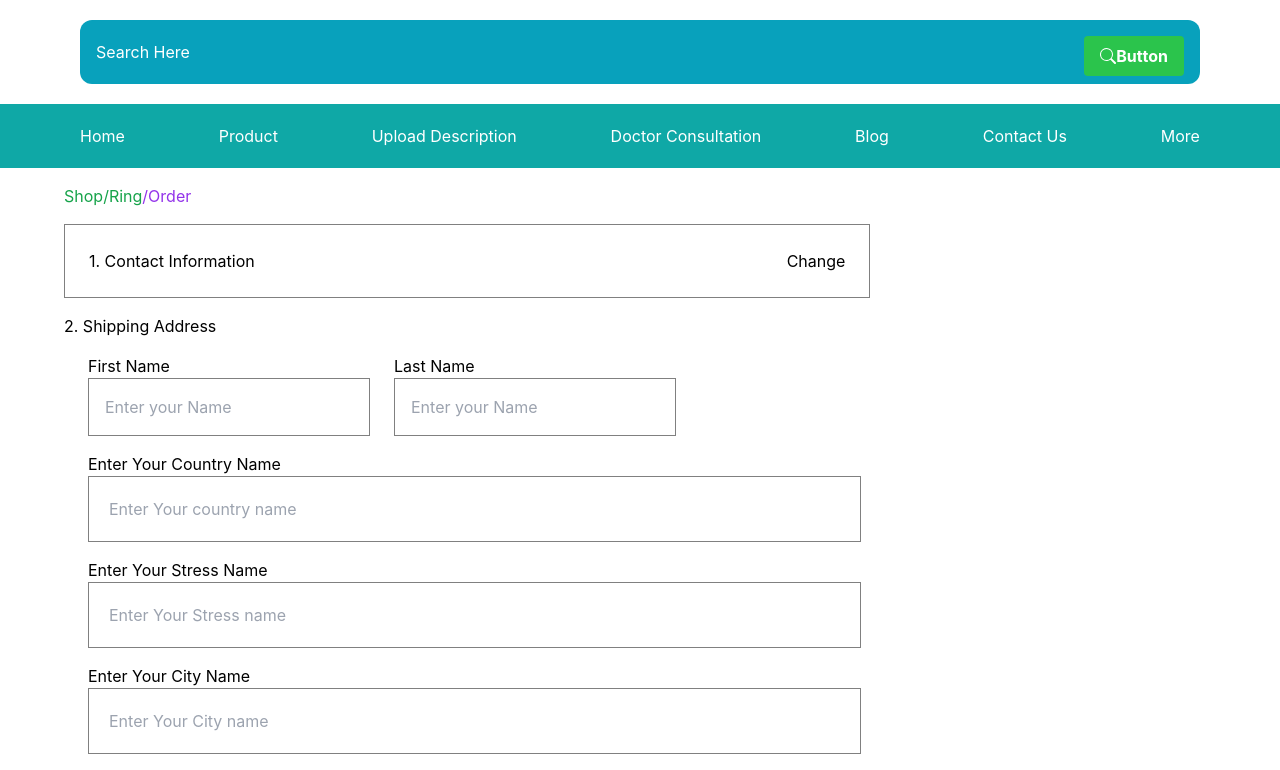
Repository: arafatmollah/form-pharma
Page: /
The author's editor kept a copy of each file at every save. The page is drawn from the files as they stood at one save, then again after the next save.
The browser window is 1280 px wide. The pictures show the whole page.
The project was rebuilt for these pictures with package versions that can differ from the ones it lists, and the page was loaded fresh each time.

Above is the page before, as saved 2023-03-14 23:56:40.

After the next save:
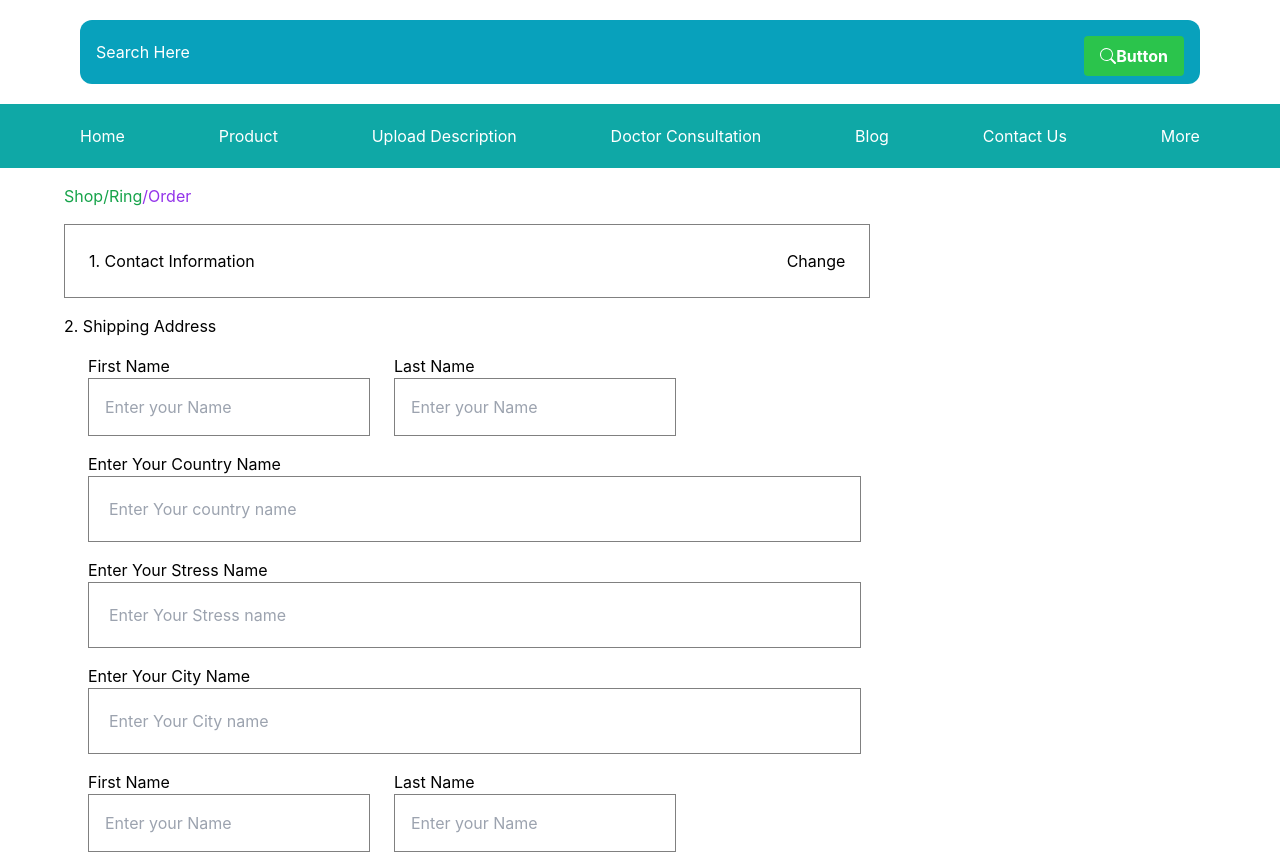
Saved 33 s later.
--- a/src/Form.js
+++ b/src/Form.js
@@ -39,6 +39,16 @@ function form() {
                 <label>Enter Your City Name</label><br></br>
                 <input className='an input p-5' type='text' placeholder='Enter Your City name'></input>
                </div>
+               <div className='flex'>
+               <div className='mx-6'>
+                <label>First Name</label> <br></br>
+                <input className='input p-4' type='text' placeholder="Enter your Name"></input>
+                </div>
+                <div>
+                <label>Last Name</label> <br></br>
+                <input className='input p-4' type='text' placeholder="Enter your Name"></input>
+                </div>
+               </div>
               </form>
             </div>
             </div>
